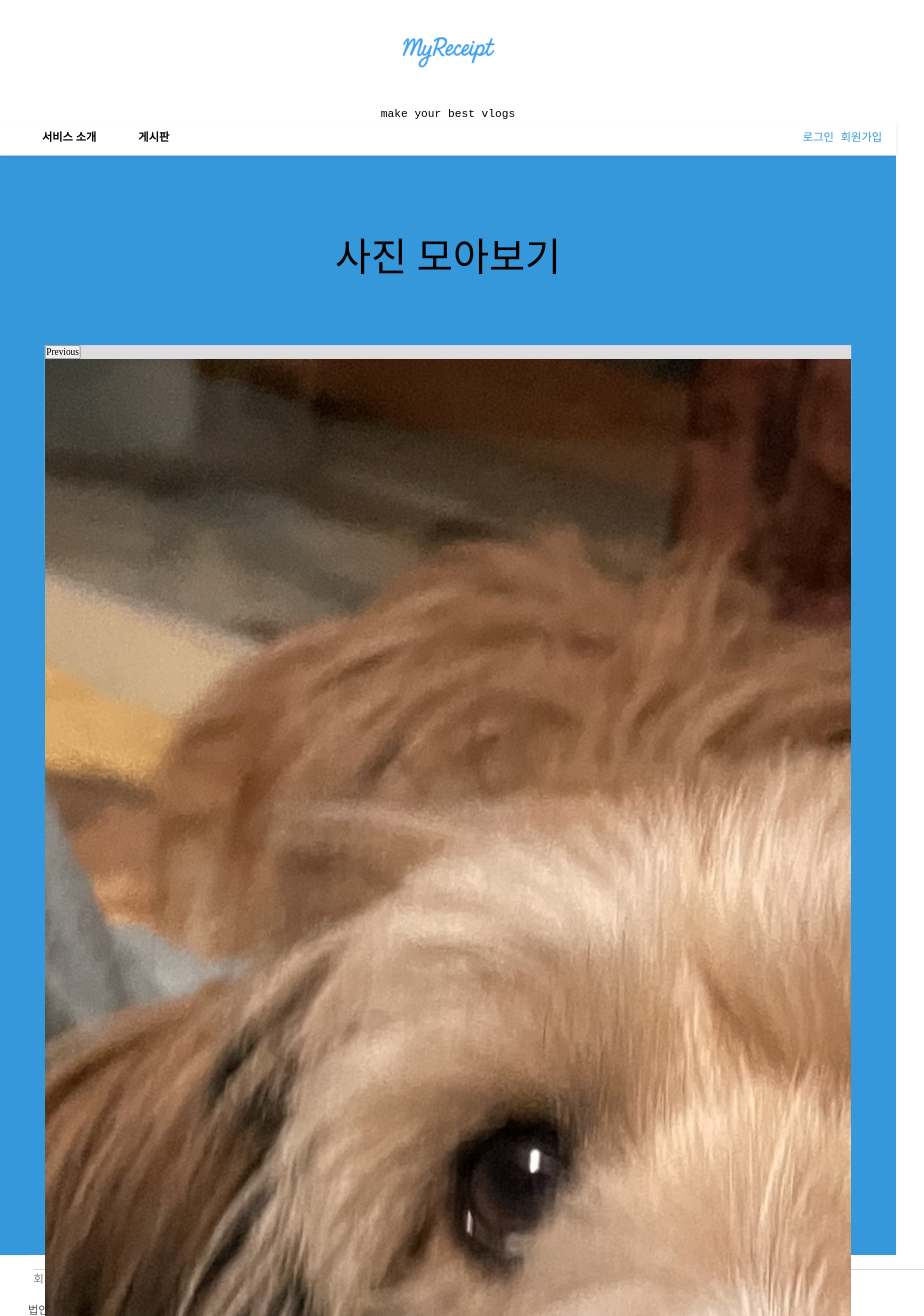
Repository: shong69/mini-project
Page: http://localhost/myReceipt2/index
The author's editor kept a copy of each file at every save. The page is drawn from the files as they stood at one save, then again after the next save.
The browser window is 1280 px wide. The page is 1320 px wide, then 1280 px, then 1320 px, so the pictures cover 1320 px, including what lies to the right of the window. The pictures show the part of the page from y = 0 to 1880 px (the page is 3077 px tall before and 720 px after), at 70% of full size.
Some web fonts or font styles are not loaded; a fallback is used. The page is served by Tomcat 10. Other server files are loaded and not shown.

Above is the page before, as saved 2025-05-07 01:37:08.

### jspProject/myReceipt2/src/main/webapp/WEB-INF/views/index.jsp
<%@ page language="java" contentType="text/html; charset=UTF-8"
    pageEncoding="UTF-8"%>
<!DOCTYPE html>
<html>
<head>
<meta charset="UTF-8">
<title>My Receipt</title>
<link rel="stylesheet" type="text/css" href="resources/css/main.css">
<link rel="stylesheet" type="text/css" href="//cdn.jsdelivr.net/npm/slick-carousel@1.8.1/slick/slick.css"/>

<script type="text/javascript" src="resources/js/jquery-3.1.1.min.js"></script>
<script type="text/javascript" src="//cdn.jsdelivr.net/npm/slick-carousel@1.8.1/slick/slick.min.js"></script>
<script type="text/javascript">
$(function(){
	$('#carousel').slick({
		  dots: false,
		  infinite: true,
		  speed: 500,
		  fade: true,
		  cssEase: 'linear'
	});
});

</script>
</head>
<body>
	<jsp:include page="/WEB-INF/views/common/header.jsp"></jsp:include>
	<main>
		<div class="section-title">사진 모아보기</div>
		<!-- 캐러셀 하나 두기 -->
		<div id="carousel">
			<div><img src="resources/imgs/carousel1.jpg"></div>
			<div><img src="resources/imgs/carousel2.jpg"></div>
			<div><img src="resources/imgs/carousel3.jpg"></div>
			<div><img src="resources/imgs/carousel4.jpg"></div>
		</div>
		<div style="height:1000px;"></div>
	</main>
	<jsp:include page="/WEB-INF/views/common/footer.jsp"></jsp:include>
</body>
</html>

### jspProject/myReceipt2/src/main/webapp/WEB-INF/views/common/header.jsp
<%@ page language="java" contentType="text/html; charset=UTF-8"
    pageEncoding="UTF-8"%>
<%@ taglib prefix="c" uri="http://java.sun.com/jsp/jstl/core" %>
	<div id="header">
		<a href="/myReceipt2/index"><img src="resources/imgs/logo.png" style="width:150px;"/></a>
		<p style="font-family: 'Courier New', Courier, monospace;">make your best vlogs</p>
	</div>
	<div id="nav-bar">
		<div id="menu">
			<a href="/myReceipt2/intro">서비스 소개</a>
			<a href="/myReceipt2/board">게시판</a>
		</div>
		<div id="loginSt">
			<c:choose>
				<c:when test="${not empty sessionScope.loginMember}">
					<p>${sessionScope.loginMember.nickName}님이 로그인 중</p>
					<a href="/myReceipt2/logout">로그아웃</a>

				</c:when>
				<c:otherwise>
					<a href="/myReceipt2/login">로그인</a>
					<a href="/myReceipt2/signup">회원가입</a>
				</c:otherwise>
			</c:choose>
		</div>

	</div>

### jspProject/myReceipt2/src/main/webapp/WEB-INF/views/common/footer.jsp
<%@ page language="java" contentType="text/html; charset=UTF-8"
    pageEncoding="UTF-8"%>
	<footer class="footer">
	    <section>
	        <div class="footer-nav">
	            <a href="/">회사소개 |</a>
	            <a href="/signup">멤버 가입 |</a>
	            <a href="/">게시판</a>
	        </div>
	    </section>
	    <section>
	        <div>
	            법인명(상호) : ㉿My Receipt (주) 대표자(성명) : 오에스조 주소 : 서울특별시 종로구 남대문로 <br>
	            사업자 등록번호 : 123456436-390583784  사업자등록번호 : 119-86-84860 (사업자정보확인)<br>
	            고객센터 이용시간 : 평일 09:00 ~ 18:00  고객센터 전화번호 : 02-1234-1234
	        </div>

	        <div>
	            현금 등으로 결제 시 안전 거래를 위해<br>
	            당사에서 가입하신 한국결제네트웍스 유한회사의 구매안전 서비스(결제대금예치)를 이용하실 수 있습니다.<br>
	            결제대금예치 콘텐츠산업진흥법에 의한 콘텐츠 보호 안내 자세히 보기
	        </div>
	    </section>
	</footer>

### jspProject/myReceipt2/src/main/java/com/project/jsp/controller/IndexController.java
package com.project.jsp.controller;

import java.io.IOException;

import jakarta.servlet.ServletException;
import jakarta.servlet.http.HttpServlet;
import jakarta.servlet.http.HttpServletRequest;
import jakarta.servlet.http.HttpServletResponse;

public class IndexController extends HttpServlet{
	@Override
	protected void doGet(HttpServletRequest req, HttpServletResponse resp) throws ServletException, IOException {
        String path = req.getServletPath(); // 요청 URL 패턴을 얻음

        if ("/index".equals(path)) {
        	req.getRequestDispatcher("/WEB-INF/views/index.jsp").forward(req, resp);
        } else if ("/intro".equals(path)) {
        	req.getRequestDispatcher("/WEB-INF/views/intro.jsp").forward(req, resp);
        } else {
        	resp.sendError(HttpServletResponse.SC_NOT_FOUND);
        }
	}

}

### jspProject/myReceipt2/src/main/webapp/resources/css/main.css
* {
	box-sizing: border-box;
	padding: 0;
	margin: 0;
	font-family: 'main';
}
/* 메인 폰트 */
@font-face {
	font-family: 'main';
	src:
		url('https://fastly.jsdelivr.net/gh/Project-Noonnu/noonfonts_2107@1.1/Pretendard-Regular.woff')
		format('woff');
	font-style: normal;
	font-weight: 400;
}

/*header*/
#header {
	width: 100%;
	text-align: center;
}

#header>div:first-child {
	margin-bottom: 15px;
}

#nav-bar {
	line-height: 50px;
	height: 50px;
	position: sticky;
	top: 0;
	left: 0;
	background-color: white;
	z-index: 1000;
	box-shadow: 0 2px 5px rgba(0, 0, 0, 0.1);
	display:flex;
	flex-direction:row;
}

#loginSt {
	margin-left:auto;
	margin-right:20px;
	display:flex;
	flex-direction:row;
}

#loginSt a {
	margin-left: 10px;
	color: #3498db;
	text-decoration: none;
}

#menu {
	margin-left:40px;
	display: flex;
	gap: 20px;
}

#menu a {
	text-decoration: none;
	color: black;
	font-weight: bold;
	padding: 0 20px;
	border-radius:15px;
	position: relative;
	overflow: hidden;
	transition: background-color 0.5s ease;
}

#menu a:hover {
	background-color: #335085;
	animation-duration: 2s;
	color: whitesmoke;
}

main {
	background-color: #3498db;
	display: flex;
	flex-direction: column;
	align-items: center;
	min-height:500px;
}

.section-title {
	font-size: 3.5rem;
	margin: 100px 0 70px 0;
}

#carousel {
	width: 90%;
	height: 300px;
	background-color: #ddd;
	margin-top: 20px;
}
/*footer*/
.footer {
	background-color: white;
	width: 100%;
	height: auto;
	display: flex;
	flex-direction: column;
	padding-top: 20px;
	margin: 0 40px;
}

.footer>section:first-child {
	border-top: 1px solid #c5c5c5;
	display: flex;
	flex-direction: row;
	margin-left: 8px;
}

.footer>section a {
	color: gray;
	text-decoration: none;
}

.footer>section:nth-child(2) {
	padding-top: 20px;
	color: rgb(83, 83, 83);
}

Loaded but not shown: jspProject/myReceipt2/src/main/webapp/resources/js/jquery-3.1.1.min.js (library)

After the next save:
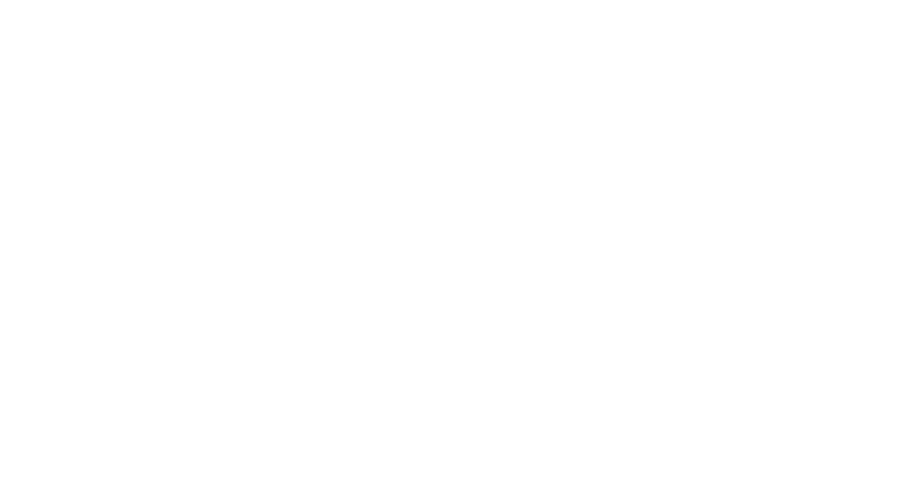
Saved 36 s later.
--- a/jspProject/myReceipt2/src/main/webapp/WEB-INF/views/index.jsp
+++ b/jspProject/myReceipt2/src/main/webapp/WEB-INF/views/index.jsp
@@ -7,7 +7,9 @@
 <title>My Receipt</title>
 <link rel="stylesheet" type="text/css" href="resources/css/main.css">
 <link rel="stylesheet" type="text/css" href="//cdn.jsdelivr.net/npm/slick-carousel@1.8.1/slick/slick.css"/>
+<style rel="stylesheet>
 
+</style>
 <script type="text/javascript" src="resources/js/jquery-3.1.1.min.js"></script>
 <script type="text/javascript" src="//cdn.jsdelivr.net/npm/slick-carousel@1.8.1/slick/slick.min.js"></script>
 <script type="text/javascript">

After the save that followed:
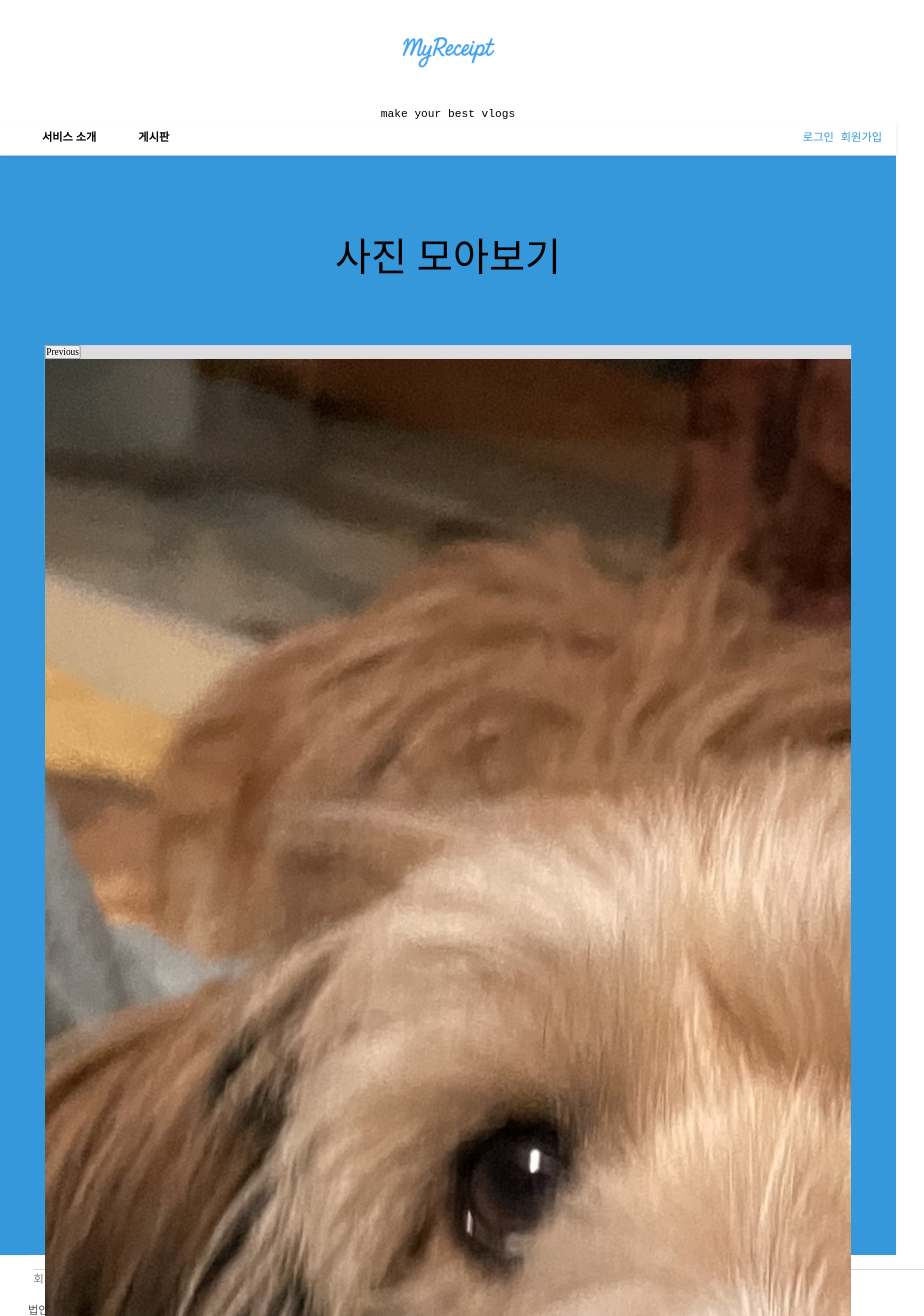
Saved 6 s later.
--- a/jspProject/myReceipt2/src/main/webapp/WEB-INF/views/index.jsp
+++ b/jspProject/myReceipt2/src/main/webapp/WEB-INF/views/index.jsp
@@ -7,7 +7,7 @@
 <title>My Receipt</title>
 <link rel="stylesheet" type="text/css" href="resources/css/main.css">
 <link rel="stylesheet" type="text/css" href="//cdn.jsdelivr.net/npm/slick-carousel@1.8.1/slick/slick.css"/>
-<style rel="stylesheet>
+<style rel="stylesheet">
 
 </style>
 <script type="text/javascript" src="resources/js/jquery-3.1.1.min.js"></script>
